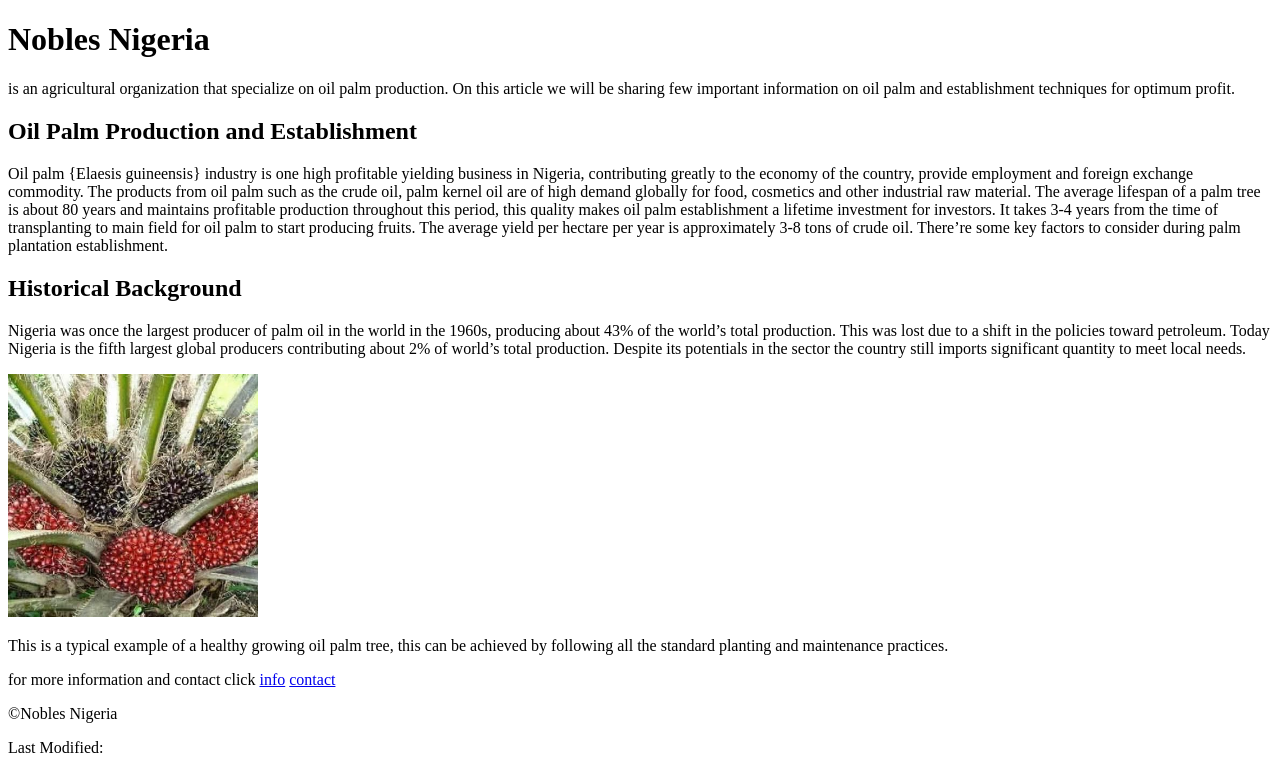
Repository: NoblesNigeria/wdd131
Page: wdd131-project/course-project.html
The author's editor kept a copy of each file at every save. The page is drawn from the files as they stood at one save, then again after a run of saves.
The browser window is 1280 px wide. The pictures show the whole page.

Above is the page before, as saved 2025-12-03 13:53:20.

After the next 2 saves:
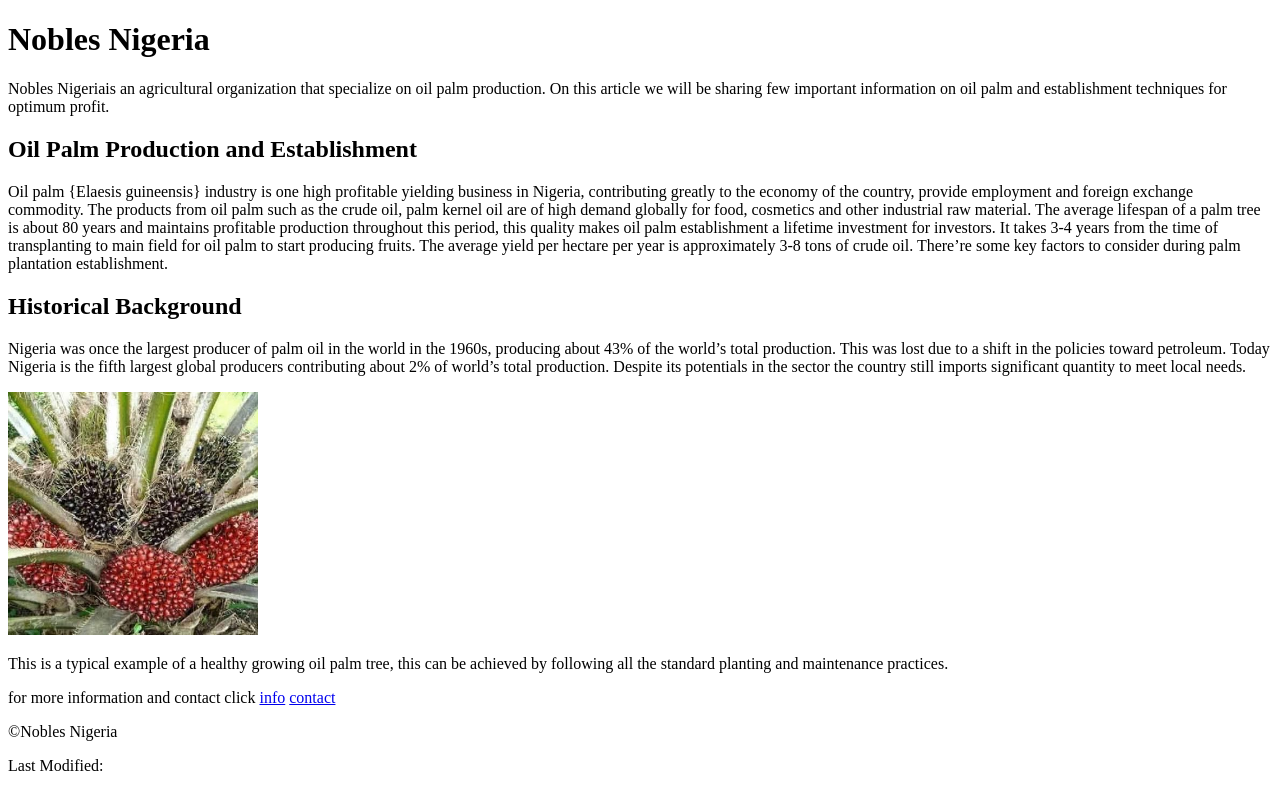
The 2 saves are shown as one change because they came seconds apart.
The last was saved 11 s later.
--- a/wdd131-project/course-project.html
+++ b/wdd131-project/course-project.html
@@ -15,7 +15,7 @@
         <h1>Nobles Nigeria</h1>
     </header>
     <main>
-        <p><span></span>is an agricultural organization that specialize on oil palm production. On this article we will be sharing few important information on oil palm and establishment techniques for optimum profit. </p>
+        <p><span>Nobles Nigeria</span>is an agricultural organization that specialize on oil palm production. On this article we will be sharing few important information on oil palm and establishment techniques for optimum profit. </p>
         <h2>Oil Palm Production and Establishment</h2>
         <p>Oil palm {Elaesis guineensis} industry is one high profitable yielding
 business in Nigeria, contributing greatly to the economy of the
@@ -47,4 +47,4 @@ country still imports significant quantity to meet local needs.</p>
         <p>Last Modified:<span id="lastModified"></span></p>
     </footer>
 </body>
-</html>
+</html
